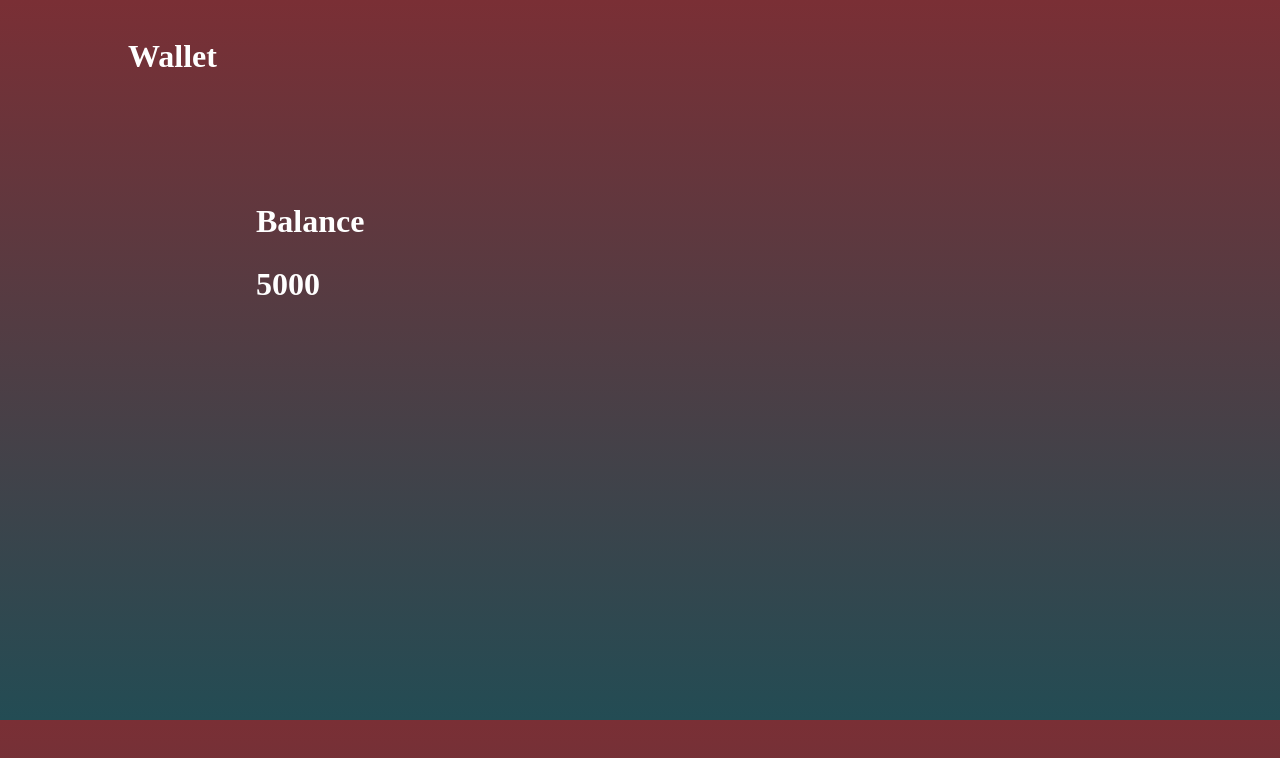
Repository: jagan607/N-Kalari
Page: /
An editor plug-in stored every save of this project. The page is shown before and after the next save, followed by the edit.
The browser window is 1280 px wide. The pictures show the whole page.
The project was rebuilt for these pictures with package versions that can differ from the ones it lists, and the page was loaded fresh each time. Also part of the build but not shown: src/App.css, src/helpers/firebase.js, src/components/Login/Login.js.

Above is the page before, as saved 2022-01-07 17:17:07.

After the next save:
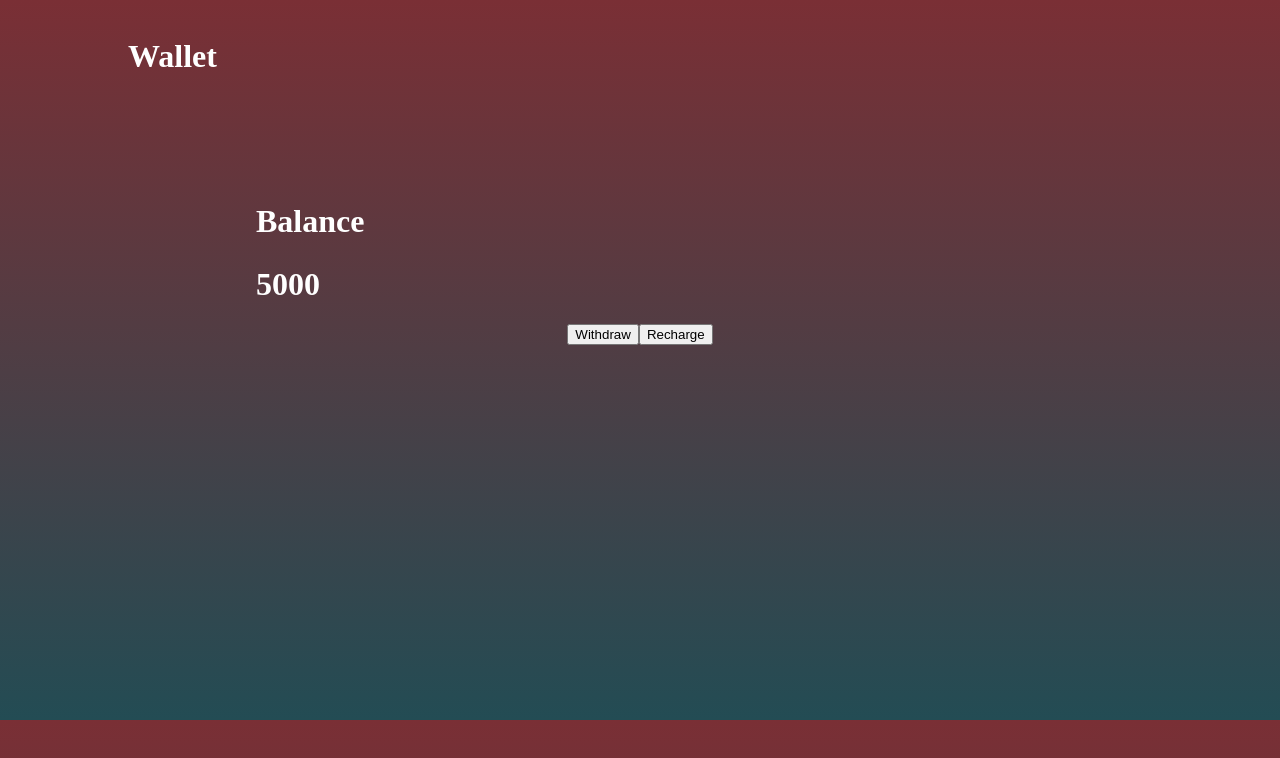
Saved 3 min 35 s later.
--- a/src/components/wallet/Wallet.js
+++ b/src/components/wallet/Wallet.js
@@ -11,11 +11,18 @@ class Wallet extends Component{
     render(){
         return(
             <div>
+            <div className="balance">
             <h1 className="heading">Wallet</h1>
             <h1 className="balance-heading">Balance </h1>
             <h1 className="balance-value">5000</h1>
+            </div>
+            <div className="buttons">
+                <button>Withdraw</button>
+                <button>Recharge</button>
 
             </div>
+            </div>
+
         )
     }
 }
